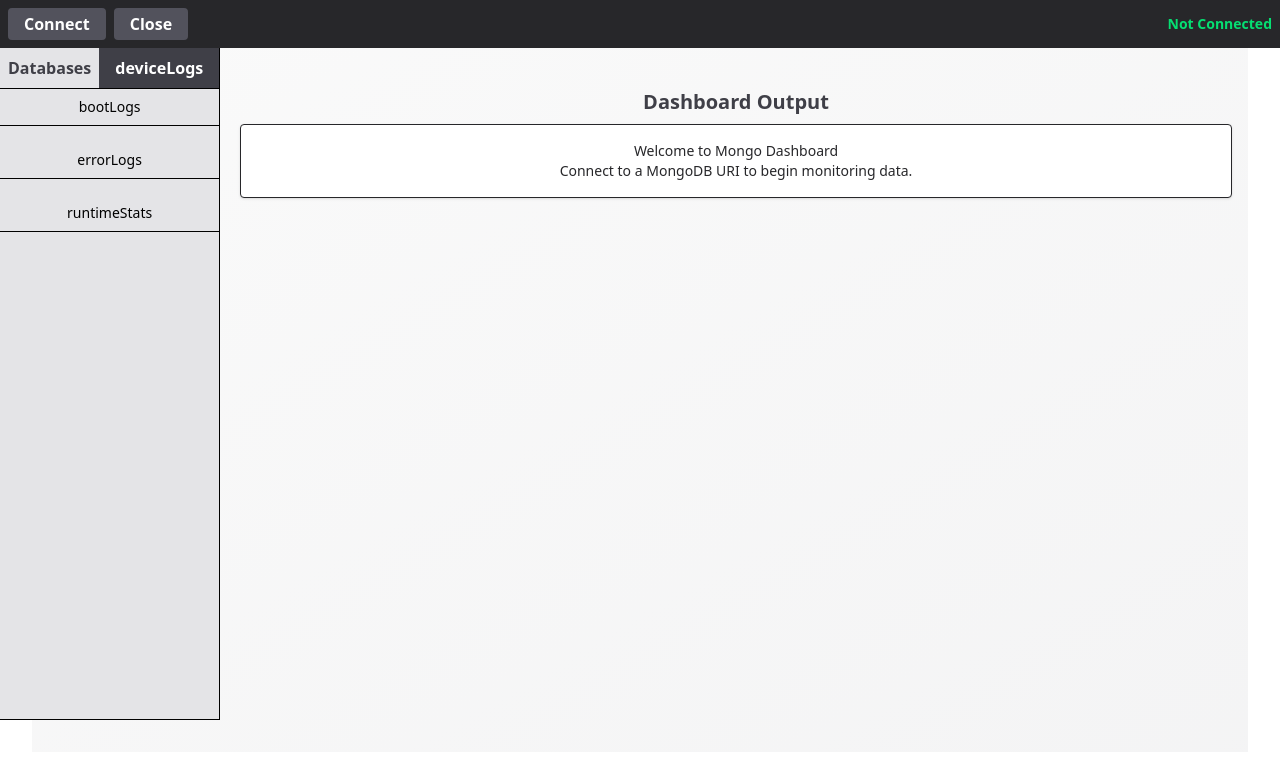
Repository: aryan151pratap/Dashboard
Page: / (app in frontened/), after clicking the first element matching `ul.text-sm > :nth-child(2)`
An editor plug-in stored every save of this project. The page is shown before and after the next save, followed by the edit.
The browser window is 1280 px wide. The pictures show the whole page.
The project was rebuilt for these pictures with package versions that can differ from the ones it lists, and the page was loaded fresh each time. Also part of the build but not shown: frontened/vite.config.js, frontened/src/component/connect.jsx.

Above is the page before, as saved 2025-06-24 14:29:33.

### frontened/index.html
<!doctype html>
<html lang="en">
  <head>
    <meta charset="UTF-8" />
    <link rel="icon" type="image/svg+xml" href="/vite.svg" />
    <meta name="viewport" content="width=device-width, initial-scale=1.0" />
    <title>Dashboard</title>
    <script src="https://cdn.jsdelivr.net/npm/@tailwindcss/browser@4"></script>

  </head>
  <body>
    <div id="root"></div>
    <script type="module" src="/src/main.jsx"></script>
  </body>
</html>

### frontened/src/App.jsx
import { useState } from 'react'
import './App.css'
import Dashboard from './component/dashboard'

function App() {

  return (
    <>
    <div className='h-screen w-full'>
      <Dashboard/>
    </div>
    </>
  )
}

export default App

### frontened/src/component/dashboard.jsx
import Bar from "./bar";

function Dashboard(){
	return(
		<>
		<div className="h-full w-full bg-gradient-to-br from-zinc-50 to-zinc-100">
			<Bar/>
		</div>
		</>
	)
}

export default Dashboard;

### frontened/src/component/bar.jsx
import { useState } from "react";
import Connect from "./connect";
import Left_bar from "./left_bar";
import Right_bar from "./right_bar";

function Bar() {
  const [buttons] = useState(["connect", "close"]);
  const [showModal, setShowModal] = useState(false);
  const [uri, setUri] = useState("");
  const [connected, setConnected] = useState(false);

  return (
    <div>
		{/* Top Navbar */}
		<div className="w-full fixed top-0 left-0 flex justify-between items-center p-2 bg-zinc-800 text-white z-10">
			<div className="flex gap-2">
			{buttons.map((i, index) => (
				<button
				key={index}
				onClick={() => i === "connect" && setShowModal(true)}
				className="capitalize font-semibold bg-zinc-600 px-4 py-1 rounded hover:bg-zinc-700"
				>
				{i}
				</button>
			))}
			</div>
			<p className="font-semibold text-green-400 text-sm">
			{connected ? "Connected" : "Not Connected"}
			</p>
		</div>

		<div className="h-screen flex flex-col">

			<Left_bar/>

			<Right_bar/>

		</div>

		{showModal && (
			<Connect
				uri={uri}
				setUri={setUri}
				setConnected={setConnected}
				setShowModal={setShowModal}
			/>
		)}
    </div>
  );
}

export default Bar;

### frontened/src/component/left_bar.jsx
import { useState } from "react";
import clusterData from "../data/clusterData";

function Left_bar(){
	const [current_database, setCurrent_database] = useState(null);

	const handle_current_database = function(i){
		setCurrent_database(i);
	}
	return(
		<>
		<div className="shrink-0 h-fit sm:h-full w-full pt-12 sm:w-fit bg-zinc-200 sm:fixed left-0 top-0 border-b sm:border-r">

			<div className="flex flex-row border-b">
				<button className={`sm:w-full sm:text-center font-bold px-2 py-2 ${current_database === null ? 'text-white bg-zinc-700' : 'text-zinc-700'}`}
				onClick={() => setCurrent_database(null)}
				>
					Databases
				</button>

				{current_database &&
					<button className={`sm:text-center font-bold px-4 py-2 ${current_database !== null ? 'text-white bg-zinc-700' : 'text-zinc-700'}`}>{current_database.name}</button>
				}
			</div>


			<ul className="text-sm flex sm:flex-col flex-row gap-4 ">
			{current_database ?
			<>
				{current_database.collections.map((i, index) => (
					<li className="hover:underline cursor-pointer border-r sm:border-r-0 sm:border-b px-4 py-2"
					// onClick={() => handle_current_database(i)}
					>
						{i}
					</li>
				))}
			</>
			:
			<>
				{clusterData.databases.map((i, index) => (
					<li className="hover:underline cursor-pointer"
					onClick={() => handle_current_database(i)}
					>
						{i.name}
					</li>
				))}
			</>
			}
			</ul>
		</div>
		</>
	)
}

export default Left_bar;

### frontened/src/component/right_bar.jsx
function Right_bar(){
	return(
		<>
		<div className="sm:ml-48 pt-14 p-4">
			<h1 className="text-xl font-bold mb-2 text-zinc-700">Dashboard Output</h1>
			<div className="bg-white p-4 border rounded shadow text-sm text-zinc-800">
			<p>Welcome to Mongo Dashboard</p>
			<p>Connect to a MongoDB URI to begin monitoring data.</p>
			</div>
		</div>
		</>
	)
}

export default Right_bar;

### frontened/src/data/clusterData.js
const clusterData = {
  name: "iotCluster",
  uri: "mongodb+srv://admin:pass@iotcluster.mongodb.net", // optional metadata
  databases: [
    {
      name: "sensorDB",
      collections: ["temperature", "humidity", "pressure"]
    },
    {
      name: "deviceLogs",
      collections: ["bootLogs", "errorLogs", "runtimeStats"]
    },
    {
      name: "statusDB",
      collections: ["uptime", "statusHistory", "batteryHealth"]
    }
  ]
};

export default clusterData;

Loaded but not shown: frontened/src/main.jsx (common file); frontened/src/App.css (common file)

After the next save:
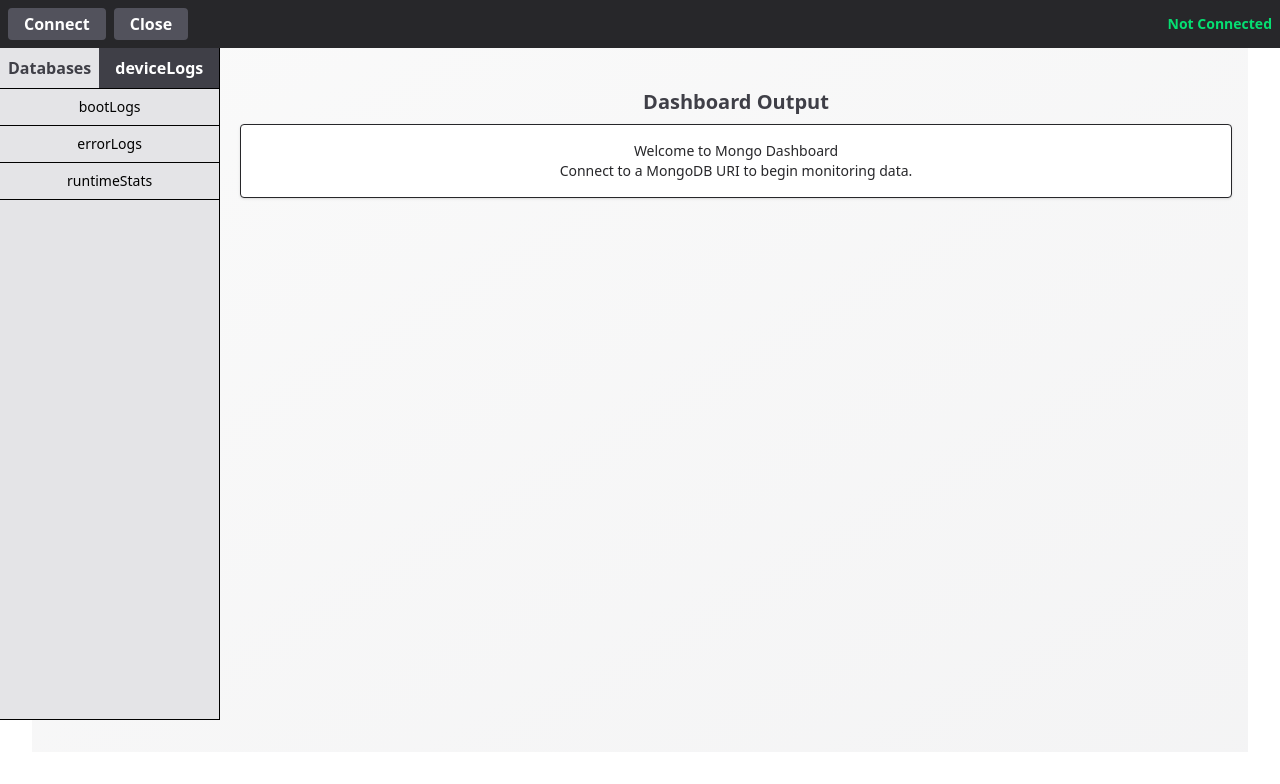
Saved 28 s later.
--- a/frontened/src/component/left_bar.jsx
+++ b/frontened/src/component/left_bar.jsx
@@ -24,7 +24,7 @@ function Left_bar(){
 			</div>
 
 
-			<ul className="text-sm flex sm:flex-col flex-row gap-4 ">
+			<ul className="text-sm flex sm:flex-col flex-row">
 			{current_database ?
 			<>
 				{current_database.collections.map((i, index) => (
